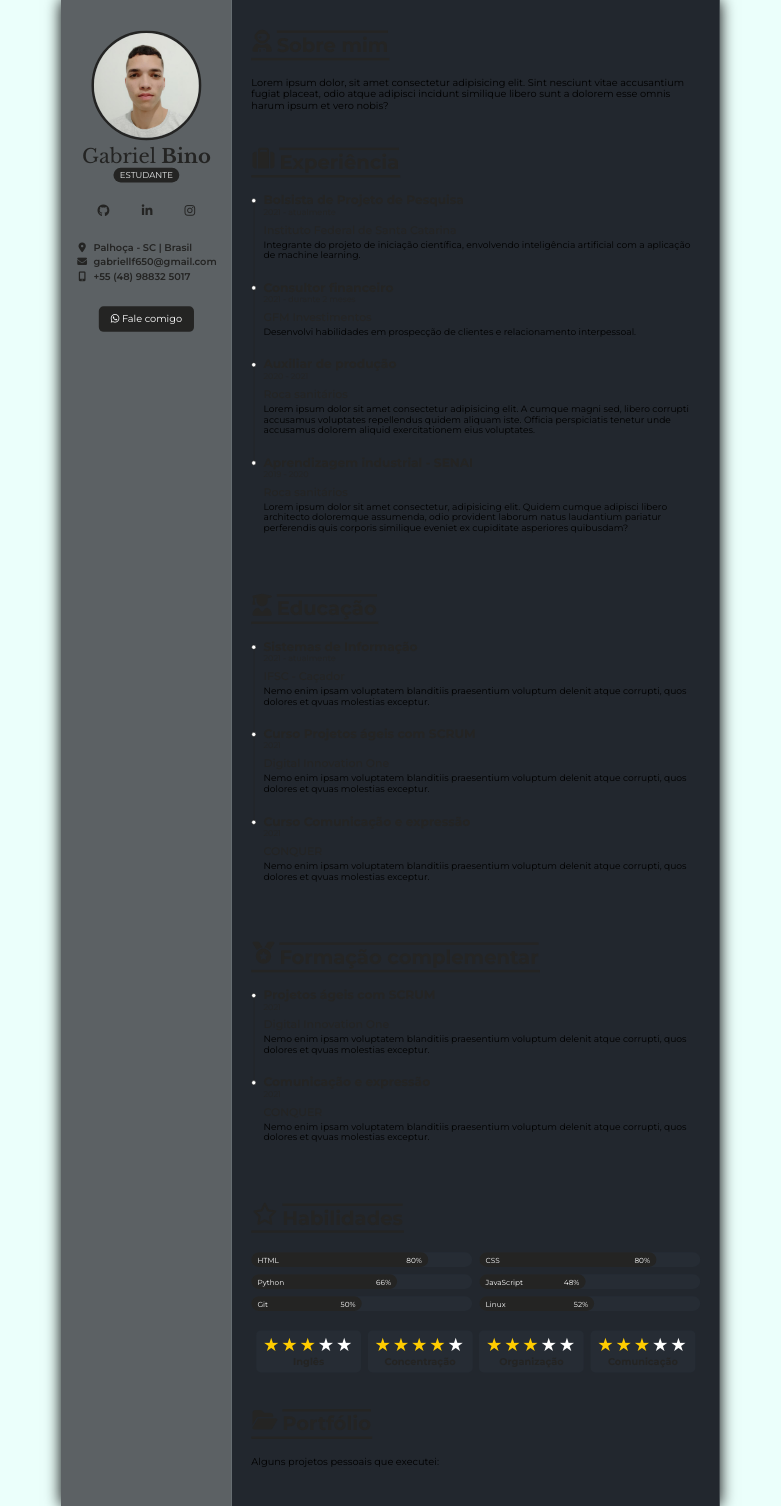
Repository: gabrielbino/curriculoResponsivo
Page: index.html
An editor plug-in stored every save of this project. The page is shown before and after the next save, followed by the edit.
The browser window is 1280 px wide. The pictures show the whole page, at 61% of full size.
Some web libraries are served in a nearby version.

Above is the page before, as saved 2021-10-19 22:09:47.

### index.html
<!DOCTYPE html>
<html lang="pt-br">
  <head>
    <meta charset="UTF-8" />
    <meta name="viewport" content="width=device-width, initial-scale=1" />
    <link
      rel="stylesheet"
      href="https://cdnjs.cloudflare.com/ajax/libs/normalize/8.0.1/normalize.min.css"
      integrity="sha512-NhSC1YmyruXifcj/KFRWoC561YpHpc5Jtzgvbuzx5VozKpWvQ+4nXhPdFgmx8xqexRcpAglTj9sIBWINXa8x5w=="
      crossorigin="anonymous"
      referrerpolicy="no-referrer"
    />
    <script
      src="https://kit.fontawesome.com/a6ac7cca8d.js"
      crossorigin="anonymous"
    ></script>
    <link rel="stylesheet" href="css/style.css" />
    <link rel="shortcut icon" href="img/favicon.ico" />
    <title>CV do Gabriel</title>
  </head>
  <body>
    <main>
      <aside>
        <div class="sidebar">
          <img
            class="profile-picture"
            src="./img/option_profile.jpeg"
            alt="Gabriel Bino"
          />
          <h1 class="title-name"><span>Gabriel</span> Bino</h1>
          <h3 class="subtitle-role">Estudante</h3>
          <div class="social-links">
            <a href="https://github.com/gabrielbino" target="_blank">
              <i class="fab fa-github"></i>
            </a>
            <a
              href="https://www.linkedin.com/in/gabriel-fernandes-bino-456499195/"
              target="_blank"
            >
              <i class="fab fa-linkedin-in"></i>
            </a>
            <!-- <a href="https://twitter.com/theleoad" target="_blank">
              <i class="fab fa-twitter"></i>
            </a> -->
            <a href="https://www.instagram.com/gabrielfbino/" target="_blank">
              <i class="fab fa-instagram"></i>
            </a>
          </div>
          <ul class="personal-data">
            <li>
              <i class="fas fa-map-marker-alt"></i>
              <span>Palhoça - SC | Brasil</span>
            </li>
            <li>
              <i class="fas fa-envelope"></i>
              <a href="mailto:galbriellf650@gmail.com"
                >gabriellf650@gmail.com</a
              >
            </li>
            <li>
              <i class="fas fa-mobile-alt"></i>
              <a href="tel:+5548988325017">+55 (48) 98832 5017</a>
            </li>
          </ul>
          <a
            class="download-button"
            href="https://wa.me/+5548988325017"
            target="_blank"
          >
            <i class="fab fa-whatsapp"></i>
            <span>Fale comigo</span>
          </a>
        </div>
      </aside>
      <section>
        <article>
          <div class="article-title-wrapper">
            <i class="fas fa-user-astronaut"></i>
            <h2 class="article-title">Sobre mim</h2>
          </div>
          <p>
            Lorem ipsum dolor, sit amet consectetur adipisicing elit. Sint
            nesciunt vitae accusantium fugiat placeat, odio atque adipisci
            incidunt similique libero sunt a dolorem esse omnis harum ipsum et
            vero nobis?
          </p>
        </article>
        <article>
          <div class="article-title-wrapper">
            <i class="fas fa-suitcase"></i>
            <h2 class="article-title">Experiência</h2>
          </div>
          <ul class="timeline">
            <li>
              <h4 class="timeline-title">Bolsista de Projeto de Pesquisa</h4>
              <h5 class="timeline-time">2021 - atualmente</h5>
              <h6 class="timeline-place">
                Instituto Federal de Santa Catarina
              </h6>
              <p class="timeline-text">
                Integrante do projeto de iniciação científica, envolvendo
                inteligência artificial com a aplicação de machine learning.
              </p>
            </li>
            <li>
              <h4 class="timeline-title">Consultor financeiro</h4>
              <h5 class="timeline-time">2021 - durante 2 meses</h5>
              <h6 class="timeline-place">GFM Investimentos</h6>
              <p class="timeline-text">
                Desenvolvi habilidades em prospecção de clientes e
                relacionamento interpessoal.
              </p>
            </li>
            <li>
              <h4 class="timeline-title">Auxiliar de produção</h4>
              <h5 class="timeline-time">2020 - 2021</h5>
              <h6 class="timeline-place">Roca sanitários</h6>
              <p class="timeline-text">
                Lorem ipsum dolor sit amet consectetur adipisicing elit. A
                cumque magni sed, libero corrupti accusamus voluptates
                repellendus quidem aliquam iste. Officia perspiciatis tenetur
                unde accusamus dolorem aliquid exercitationem eius voluptates.
              </p>
            </li>
            <li>
              <h4 class="timeline-title">Aprendizagem industrial - SENAI</h4>
              <h5 class="timeline-time">2019 - 2020</h5>
              <h6 class="timeline-place">Roca sanitários</h6>
              <p class="timeline-text">
                Lorem ipsum dolor sit amet consectetur, adipisicing elit. Quidem
                cumque adipisci libero architecto doloremque assumenda, odio
                provident laborum natus laudantium pariatur perferendis quis
                corporis similique eveniet ex cupiditate asperiores quibusdam?
              </p>
            </li>
          </ul>
        </article>
        <article>
          <div class="article-title-wrapper">
            <i class="fas fa-user-graduate"></i>
            <h2 class="article-title">Educação</h2>
          </div>
          <ul class="timeline">
            <li>
              <h4 class="timeline-title">Sistemas de Informação</h4>
              <h5 class="timeline-time">2021 - atualmente</h5>
              <h6 class="timeline-place">IFSC - Caçador</h6>
              <p class="timeline-text">
                Nemo enim ipsam voluptatem blanditiis praesentium voluptum
                delenit atque corrupti, quos dolores et qvuas molestias
                exceptur.
              </p>
            </li>
            <li>
              <h4 class="timeline-title">Curso Projetos ágeis com SCRUM</h4>
              <h5 class="timeline-time">2021</h5>
              <h6 class="timeline-place">Digital Innovation One</h6>
              <p class="timeline-text">
                Nemo enim ipsam voluptatem blanditiis praesentium voluptum
                delenit atque corrupti, quos dolores et qvuas molestias
                exceptur.
              </p>
            </li>
            <li>
              <h4 class="timeline-title">Curso Comunicação e expressão</h4>
              <h5 class="timeline-time">2021</h5>
              <h6 class="timeline-place">CONQUER</h6>
              <p class="timeline-text">
                Nemo enim ipsam voluptatem blanditiis praesentium voluptum
                delenit atque corrupti, quos dolores et qvuas molestias
                exceptur.
              </p>
            </li>
          </ul>
        </article>
        <article>
          <div class="article-title-wrapper">
            <i class="fas fa-medal"></i>
            <h2 class="article-title">Formação complementar</h2>
          </div>
          <ul class="timeline">
            <li>
              <h4 class="timeline-title">Projetos ágeis com SCRUM</h4>
              <h5 class="timeline-time">2021</h5>
              <h6 class="timeline-place">Digital Innovation One</h6>
              <p class="timeline-text">
                Nemo enim ipsam voluptatem blanditiis praesentium voluptum
                delenit atque corrupti, quos dolores et qvuas molestias
                exceptur.
              </p>
            </li>
            <li>
              <h4 class="timeline-title">Comunicação e expressão</h4>
              <h5 class="timeline-time">2021</h5>
              <h6 class="timeline-place">CONQUER</h6>
              <p class="timeline-text">
                Nemo enim ipsam voluptatem blanditiis praesentium voluptum
                delenit atque corrupti, quos dolores et qvuas molestias
                exceptur.
              </p>
            </li>
          </ul>
        </article>
        <article>
          <div class="article-title-wrapper">
            <i class="far fa-star"></i>
            <h2 class="article-title">Habilidades</h2>
          </div>
          <div class="skills-container">
            <div class="progress">
              <div class="progress-bar" role="progressbar" style="width: 80%">
                <div class="progress-text">
                  <span>HTML</span>
                  <span>80%</span>
                </div>
              </div>
            </div>
            <div class="progress">
              <div class="progress-bar" role="progressbar" style="width: 80%">
                <div class="progress-text">
                  <span>CSS</span>
                  <span>80%</span>
                </div>
              </div>
            </div>
            <div class="progress">
              <div class="progress-bar" role="progressbar" style="width: 66%">
                <div class="progress-text">
                  <span>Python</span>
                  <span>66%</span>
                </div>
              </div>
            </div>
            <div class="progress">
              <div class="progress-bar" role="progressbar" style="width: 48%">
                <div class="progress-text">
                  <span>JavaScript</span>
                  <span>48%</span>
                </div>
              </div>
            </div>
            <div class="progress">
              <div class="progress-bar" role="progressbar" style="width: 50%">
                <div class="progress-text">
                  <span>Git</span>
                  <span>50%</span>
                </div>
              </div>
            </div>
            <div class="progress">
              <div class="progress-bar" role="progressbar" style="width: 52%">
                <div class="progress-text">
                  <span>Linux</span>
                  <span>52%</span>
                </div>
              </div>
            </div>
          </div>
          <div class="soft-skills">
            <div class="soft-skill">
              <div class="soft-skill-rating" style="--rating: 3"></div>
              <h4 class="soft-skill-label">Inglês</h4>
            </div>
            <div class="soft-skill">
              <div class="soft-skill-rating" style="--rating: 4"></div>
              <h4 class="soft-skill-label">Concentração</h4>
            </div>
            <div class="soft-skill">
              <div class="soft-skill-rating" style="--rating: 3"></div>
              <h4 class="soft-skill-label">Organização</h4>
            </div>
            <div class="soft-skill">
              <div class="soft-skill-rating" style="--rating: 3"></div>
              <h4 class="soft-skill-label">Comunicação</h4>
            </div>
          </div>
        </article>
        <article>
          <div class="article-title-wrapper">
            <i class="fas fa-folder-open"></i>
            <h2 class="article-title">Portfólio</h2>
          </div>
          <p>Alguns projetos pessoais que executei:</p>
          <div class="portfolio">
            <a href="#" class="portfolio-item">
              <div></div>
            </a>
            <a href="#" class="portfolio-item">
              <div></div>
            </a>
            <a href="#" class="portfolio-item">
              <div></div>
            </a>
            <a href="#" class="portfolio-item">
              <div></div>
            </a>
          </div>
        </article>
      </section>
    </main>
  </body>
</html>

### css/style.css
@import url("https://fonts.googleapis.com/css2?family=Libre+Baskerville:wght@400;700&family=Montserrat:wght@400;500;600;700&display=swap");

* {
  box-sizing: border-box;
}

img {
  max-width: 100%;
}

body {
  background-color: #ebfffb;
  color: black;
  font-family: "Montserrat", sans-serif;
}

main {
  background-color: #ebfffb;
  box-shadow: 0 0 1.5rem;
  display: flex;
  margin: 0 auto;
  max-width: 1080px;
  min-height: 100vh;
  width: 100%;
}

aside {
  background-color: #4b4e53e3;
  padding: 50px 0 16px;
  width: 280px;
}

.sidebar {
  align-items: center;
  display: flex;
  flex-direction: column;
  position: sticky;
  top: 16px;
  width: 100%;
}

.profile-picture {
  border-radius: 50%;
  border: solid 4px #242423;
  width: 180px;
}

.title-name {
  color: #242423;
  font-family: "Libre Baskerville", serif;
  font-weight: 700;
  margin: 8px 0 0;
}

.title-name span {
  font-weight: 500;
}

.subtitle-role {
  background: #242423;
  border-radius: 12px;
  color: #e9ebec;
  font-size: 14px;
  font-weight: 400;
  margin: 0;
  padding: 4px 10px;
  text-transform: uppercase;
}

.social-links {
  display: flex;
  font-size: 20px;
  justify-content: space-between;
  margin: 36px 0;
  width: 160px;
}

.social-links a {
  color: #242423;
}

.social-links a:hover {
  color: #e8eddf;
}

.personal-data {
  list-style-type: none;
  margin: 0;
  padding: 0;
}

.personal-data li {
  color: #242423;
  font-weight: 600;
  line-height: 1.5;
}

.personal-data li a {
  color: inherit;
  text-decoration: none;
}

.personal-data i {
  margin-right: 4px;
  text-align: center;
  width: 20px;
}

.download-button {
  background: #242423;
  border-radius: 8px;
  color: white;
  display: block;
  margin: 36px 0;
  padding: 12px 20px;
  text-decoration: none;
}

section {
  background-color: #22272e;
  padding: 50px 32px 0;
  width: calc(100% - 280px);
}

article:not(:last-of-type) {
  margin-bottom: 60px;
}

.article-title-wrapper {
  align-items: center;
  border-bottom: 4px solid;
  color: #242423;
  display: inline-flex;
  margin-bottom: 12px;
  padding: 0 2px;
}
.article-title-wrapper i {
  font-size: 36px;
  margin: -8px 8px 0 0;
}

.article-title {
  border-top: 4px solid;
  color: #242423;
  font-size: 32px;
  font-weight: 800;
  margin: 0 0 2px;
  padding-top: 2px;
}

.timeline {
  list-style: none;
  margin: 20px 0;
  padding: 0;
}

.timeline li {
  margin: 0;
  padding: 2px 0 40px 20px;
  position: relative;
}

.timeline li::after {
  background-color: #fff;
  border-radius: 50%;
  border: 1px solid #242423;
  box-sizing: border-box;
  content: "";
  display: inline-block;
  height: 8px;
  left: 0;
  position: absolute;
  top: 2px;
  width: 8px;
}

.timeline li:not(:last-of-type)::before {
  background-color: #242423;
  content: "";
  height: 100%;
  left: 3.5px;
  position: absolute;
  top: calc(0.5em - 4px);
  width: 1px;
}

.timeline-title {
  color: #242423;
  font-size: 20px;
  margin: -8px 0 0;
}

.timeline-time {
  color: #242423;
  font-weight: 400;
  margin: 0;
}

.timeline-place {
  color: #242423;
  font-size: 18px;
  font-weight: 500;
  margin: 12px 0 4px;
}

.timeline-text {
  font-size: 15px;
  margin: 0;
}

.skills-container {
  display: flex;
  flex-wrap: wrap;
  justify-content: space-between;
  margin: 20px 0;
}

.progress {
  background-color: rgba(68, 86, 108, 0.1);
  border-radius: 20px;
  display: flex;
  font-size: 0.75rem;
  height: 1.5rem;
  margin-bottom: 12px;
  width: calc(50% - 6px);
}

.progress-bar {
  align-items: center;
  background-color: #242423;
  border-radius: 20px;
  color: #fff;
  display: flex;
  padding: 0 10px;
}

.progress-text {
  display: flex;
  justify-content: space-between;
  width: 100%;
}

.soft-skills {
  display: flex;
  justify-content: space-between;
  padding: 0 8px;
}

.soft-skill {
  background-color: rgba(68, 86, 108, 0.1);
  border-radius: 8px;
  padding: 8px;
  text-align: center;
  width: calc(25% - 8px);
}

.soft-skill-rating {
  --percent: calc(var(--rating) / 5 * 100%);
  display: inline-block;
  font-family: Times;
  font-size: 30px;
  line-height: 1;
}

.soft-skill-rating::before {
  background-clip: text;
  background: linear-gradient(90deg, #fc0 var(--percent), #fff var(--percent));
  content: "★★★★★";
  letter-spacing: 3px;
  -webkit-background-clip: text;
  -webkit-text-fill-color: transparent;
}

.soft-skill-label {
  color: #242423;
  margin: 4px 0 0;
}

.portfolio {
  display: flex;
  flex-wrap: wrap;
  justify-content: space-between;
}

.portfolio-item {
  margin-bottom: 24px;
  text-decoration: none;
  width: calc(50% - 12px);
}

/* .portfolio-item div {
  margin: 0;
}

.portfolio-item figcaption {
  color: #3c6e71;
  font-weight: 800;
  text-align: center;
} */

@media (max-width: 1024px) {
  .soft-skills {
    flex-wrap: wrap;
  }

  .soft-skill {
    margin: 4px;
    width: calc(50% - 8px);
  }
}

@media (max-width: 768px) {
  main {
    display: block;
  }

  aside,
  section {
    width: 100%;
  }

  section {
    padding: 32px 16px 0;
  }

  .article-title-wrapper {
    display: flex;
    padding: 0;
  }

  .progress,
  .soft-skill,
  .portfolio-item,
  .article-title {
    width: 100%;
  }

  .portfolio-item figure {
    text-align: center;
  }
}

After the next save:
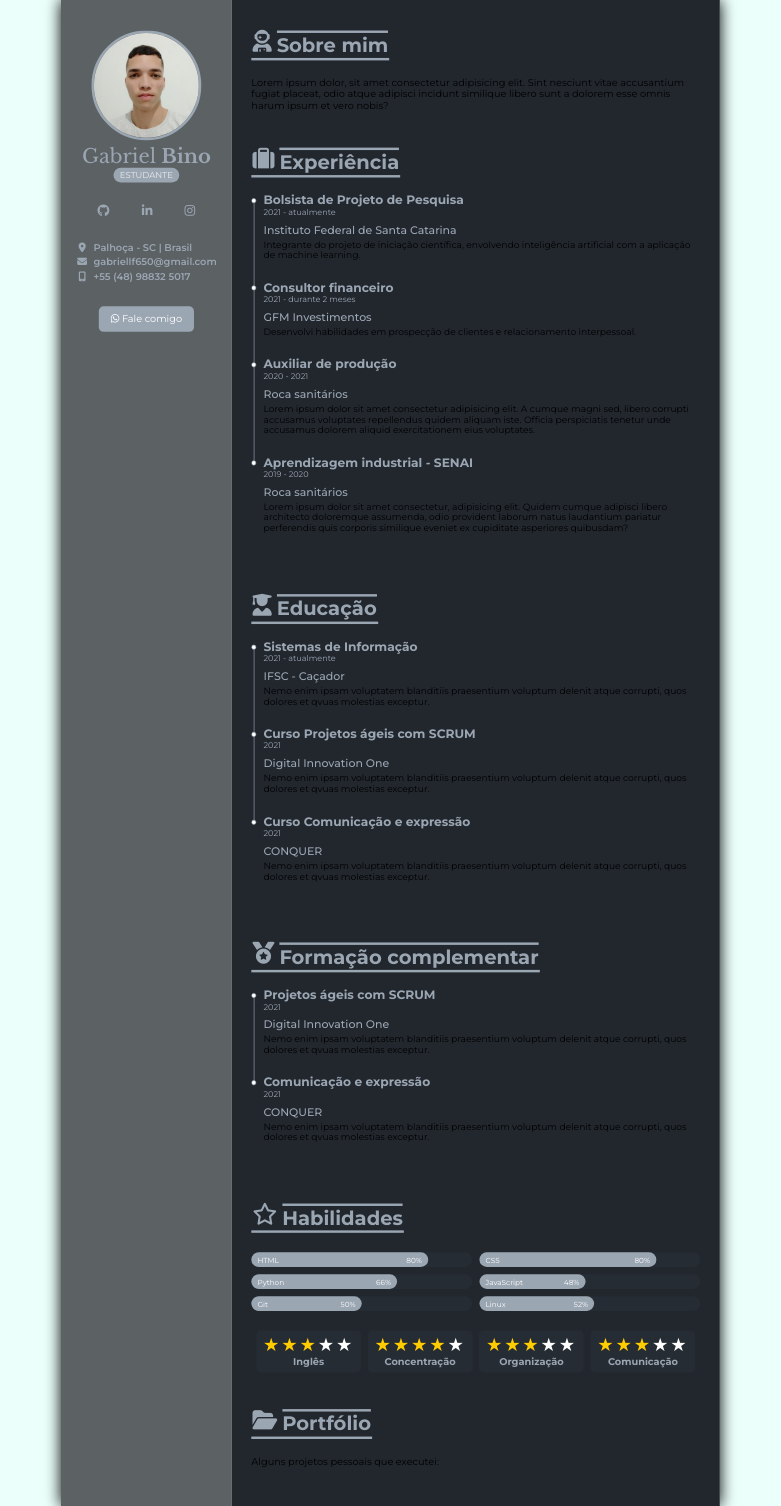
Saved 58 s later.
--- a/css/style.css
+++ b/css/style.css
@@ -41,12 +41,12 @@ aside {
 
 .profile-picture {
   border-radius: 50%;
-  border: solid 4px #242423;
+  border: solid 4px #9ba6b3;
   width: 180px;
 }
 
 .title-name {
-  color: #242423;
+  color: #9ba6b3;
   font-family: "Libre Baskerville", serif;
   font-weight: 700;
   margin: 8px 0 0;
@@ -57,7 +57,7 @@ aside {
 }
 
 .subtitle-role {
-  background: #242423;
+  background: #9ba6b3;
   border-radius: 12px;
   color: #e9ebec;
   font-size: 14px;
@@ -76,7 +76,7 @@ aside {
 }
 
 .social-links a {
-  color: #242423;
+  color: #9ba6b3;
 }
 
 .social-links a:hover {
@@ -90,7 +90,7 @@ aside {
 }
 
 .personal-data li {
-  color: #242423;
+  color: #9ba6b3;
   font-weight: 600;
   line-height: 1.5;
 }
@@ -107,7 +107,7 @@ aside {
 }
 
 .download-button {
-  background: #242423;
+  background: #9ba6b3;
   border-radius: 8px;
   color: white;
   display: block;
@@ -129,7 +129,7 @@ article:not(:last-of-type) {
 .article-title-wrapper {
   align-items: center;
   border-bottom: 4px solid;
-  color: #242423;
+  color: #9ba6b3;
   display: inline-flex;
   margin-bottom: 12px;
   padding: 0 2px;
@@ -141,7 +141,7 @@ article:not(:last-of-type) {
 
 .article-title {
   border-top: 4px solid;
-  color: #242423;
+  color: #9ba6b3;
   font-size: 32px;
   font-weight: 800;
   margin: 0 0 2px;
@@ -163,7 +163,7 @@ article:not(:last-of-type) {
 .timeline li::after {
   background-color: #fff;
   border-radius: 50%;
-  border: 1px solid #242423;
+  border: 1px solid #9ba6b3;
   box-sizing: border-box;
   content: "";
   display: inline-block;
@@ -175,7 +175,7 @@ article:not(:last-of-type) {
 }
 
 .timeline li:not(:last-of-type)::before {
-  background-color: #242423;
+  background-color: #9ba6b3;
   content: "";
   height: 100%;
   left: 3.5px;
@@ -185,19 +185,19 @@ article:not(:last-of-type) {
 }
 
 .timeline-title {
-  color: #242423;
+  color: #9ba6b3;
   font-size: 20px;
   margin: -8px 0 0;
 }
 
 .timeline-time {
-  color: #242423;
+  color: #9ba6b3;
   font-weight: 400;
   margin: 0;
 }
 
 .timeline-place {
-  color: #242423;
+  color: #9ba6b3;
   font-size: 18px;
   font-weight: 500;
   margin: 12px 0 4px;
@@ -227,7 +227,7 @@ article:not(:last-of-type) {
 
 .progress-bar {
   align-items: center;
-  background-color: #242423;
+  background-color: #9ba6b3;
   border-radius: 20px;
   color: #fff;
   display: flex;
@@ -272,7 +272,7 @@ article:not(:last-of-type) {
 }
 
 .soft-skill-label {
-  color: #242423;
+  color: #9ba6b3;
   margin: 4px 0 0;
 }
 
